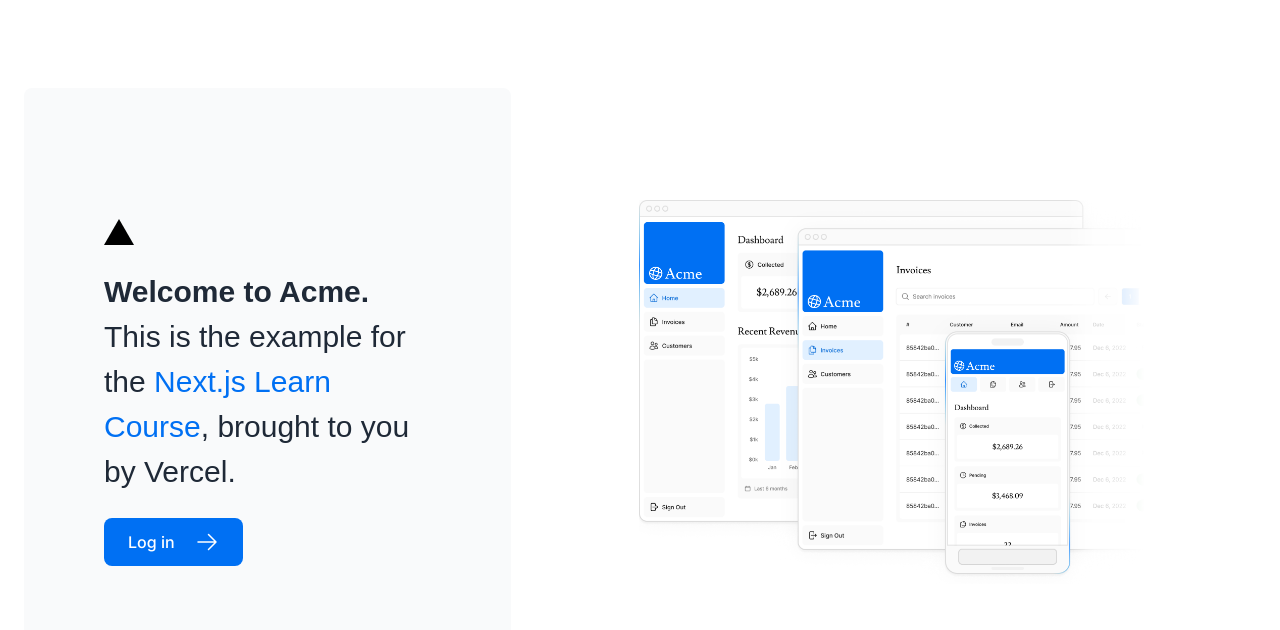
Repository: rlhardrock/NextJS
Page: /
The author's editor kept a copy of each file at every save. The page is drawn from the files as they stood at one save, then again after a run of saves.
The browser window is 1280 px wide. The pictures show the whole page.
Some web fonts or font styles are not loaded; a fallback is used. The project was rebuilt for these pictures with package versions that can differ from the ones it lists, and the page was loaded fresh each time. The framework's server and built-in components were replaced by stand-ins that run in the browser. Also part of the build but not shown: next.config.ts.

Above is the page before, as saved 2024-12-15 21:14:50.

After the next 3 saves:
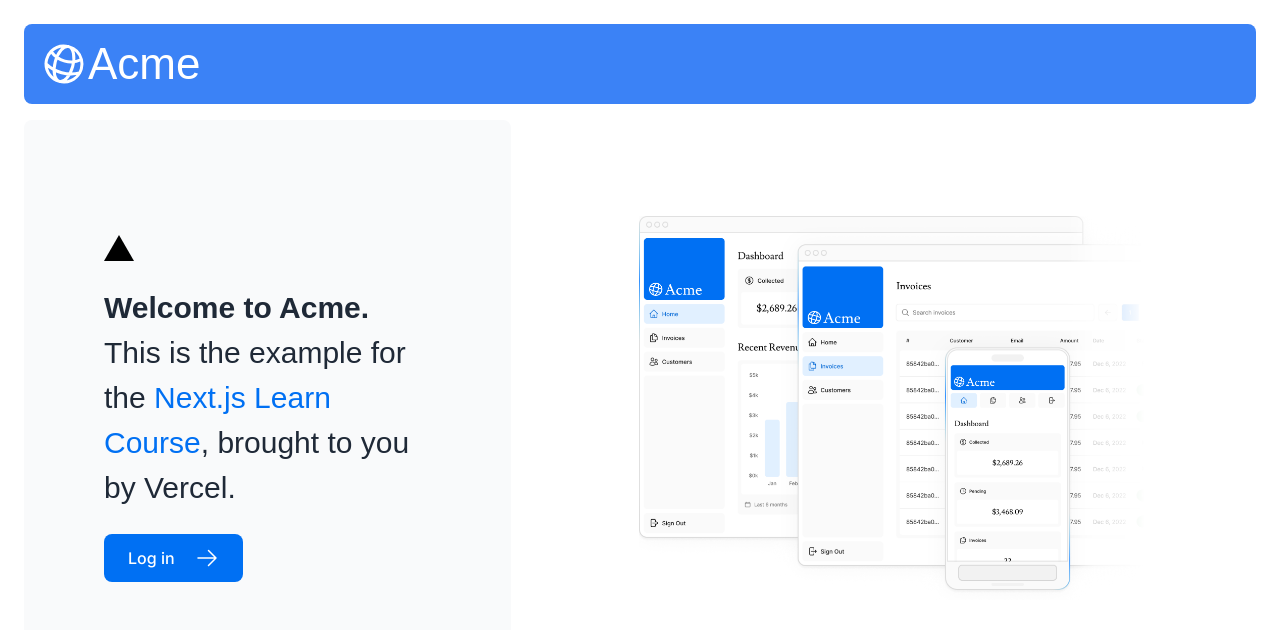
The 3 saves are shown as one change because 1 did not build or start and some came seconds apart.
The last was saved 27 s later.
--- a/app/page.tsx
+++ b/app/page.tsx
@@ -1,8 +1,7 @@
 import AcmeLogo from '@/app/ui/acme-logo';
 import { ArrowRightIcon } from '@heroicons/react/24/outline';
 import Link from 'next/link';
-// import styles from '@/app/ui/home.module.css';
-import '@/app/ui/home.module.css';
+import styles from '@/app/ui/home.module.css';
 import { lusitana } from './ui/fonts';
 import Image from 'next/image';
 
@@ -10,8 +9,8 @@
 export default function Page() {
   return (
     <main className="flex min-h-screen flex-col p-6">
-      {/* <div className={styles.shape}> */}
-      <div className="shape">
+      <div className={styles.shape}>
+      {/* <div className="shape"> */}
       {/* <div className="flex h-20 shrink-0 items-end rounded-lg bg-blue-500 p-4 md:h-52"> */}
         {<AcmeLogo />}
       </div>
